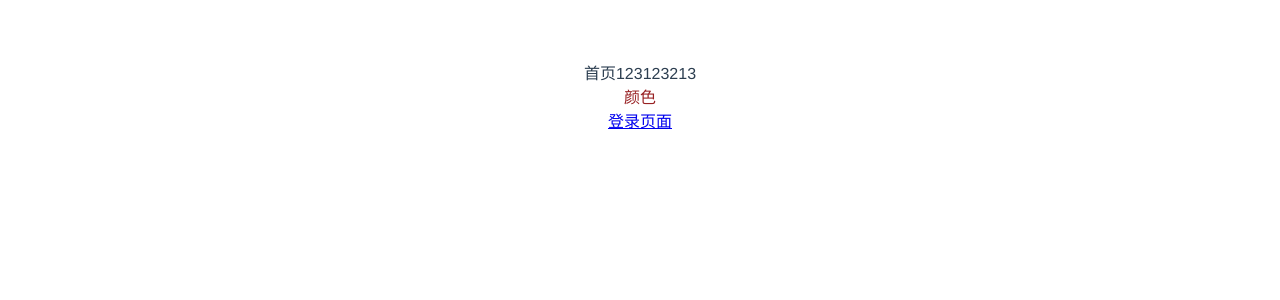
Repository: nullDe/vue3-admin
Page: /
The author's editor kept a copy of each file at every save. The page is drawn from the files as they stood at one save, then again after the next save.
The browser window is 1280 px wide. The pictures show the whole page.
The project was rebuilt for these pictures with package versions that can differ from the ones it lists, and the page was loaded fresh each time. Also part of the build but not shown: vite.config.ts, src/components/HelloWorld.vue.

Above is the page before, as saved 2022-03-22 17:12:36.

### src/main.ts
import { createApp } from 'vue'
import App from './App.vue'
import router from './router'
import pinia from './stores'

createApp(App).use(pinia).use(router).mount('#app')

### src/App.vue
<script setup lang="ts">
// This starter template is using Vue 3 <script setup> SFCs
// Check out https://v3.vuejs.org/api/sfc-script-setup.html#sfc-script-setup
import HelloWorld from './components/HelloWorld.vue'
</script>
<template>
   <router-view></router-view>
</template>

<style>
#app {
  font-family: Avenir, Helvetica, Arial, sans-serif;
  -webkit-font-smoothing: antialiased;
  -moz-osx-font-smoothing: grayscale;
  text-align: center;
  color: #2c3e50;
  margin-top: 60px;
}
</style>

### src/router/index.ts
import { createRouter, createWebHistory } from 'vue-router'

const routes = [
    {path: '/', component: () => import('@/pages/index.vue')},
    {path: '/login', component: () => import('@/pages/login/index.vue')}
]
const router = createRouter({
    history: createWebHistory(),
    routes
})


export default router

### src/stores/index.ts
import { createPinia } from 'pinia';

const store = createPinia();

export default store;

### src/pages/index.vue
<template>
    <div>
        首页{{ num }}
        <div class="color">颜色</div>
        <router-link to="/login">登录页面</router-link>
        <div @click="login({
             userName: 'xin'
         })"></div>
    </div>
</template>
<script lang="ts">
import { ref } from 'vue';
import useSys from '@/stores/modules/useSys';
import { login } from '@/apis/login'
export default {
    setup(){
        console.info('login', login);
         const num = ref(123123213);
         console.info(useSys().theme)

        return {
            num,
            login
        }
    }
}
</script>

<style lang="scss">
    .color{
        color: $red
    }
</style>

### src/assets/styles/variables.scss
$red: #982123

### src/stores/modules/useSys.ts
import { defineStore } from 'pinia';
import { sysState } from './types'
const useSys = defineStore('sys', {
    state: ():sysState => ({
        theme: 'blue'
    })
    // getters:{
    //     theme: (state) => state.theme
    // }
})

export default useSys

### src/apis/login.ts
import request from '@/servers/request';

export function login(parmes = {}){
  return request.post('/api/login',{
      data:parmes
  })
}

### src/servers/request.ts
import axios from 'axios';
import qs from 'qs';

const request = axios.create({
  baseURL: '/',
  timeout: 10000,
  headers: {
    "Content-Type": "application/json;charset=UTF-8"
  },
});

// 添加请求拦截器
request.interceptors.request.use(function (config) {
  // 在发送请求之前做些什么
  //设置token
  config.headers["Access-Token"] = sessionStorage.getItem("Access-Token") || "";
  return config;
}, function (error) {
  // 对请求错误做些什么
  return Promise.reject(error);
});


// 添加响应拦截器
request.interceptors.response.use(function (response) {
  // 2xx 范围内的状态码都会触发该函数。
  // 对响应数据做点什么
  return response;
}, function (error) {
  // 超出 2xx 范围的状态码都会触发该函数。
  // 对响应错误做点什么
  return Promise.reject(error);
});


export default request

Loaded but not shown: index.html (common file)

After the next save:
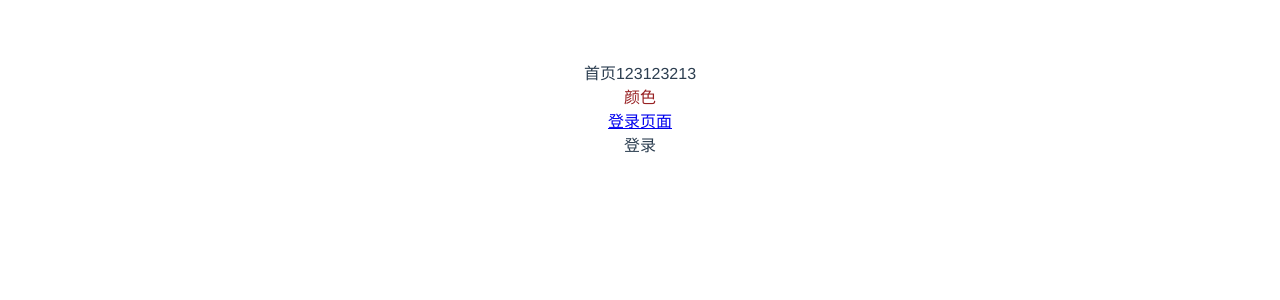
Saved 18 s later.
--- a/src/pages/index.vue
+++ b/src/pages/index.vue
@@ -5,7 +5,7 @@
         <router-link to="/login">登录页面</router-link>
         <div @click="login({
              userName: 'xin'
-         })"></div>
+         })">登录</div>
     </div>
 </template>
 <script lang="ts">
